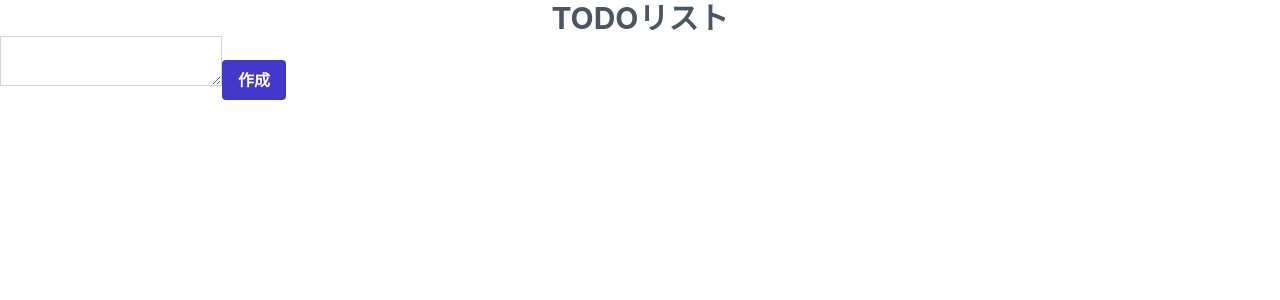
Repository: 1718wani/tsmemoapp
Page: /
These files come from the project's save history. The page is drawn as it stood at one moment and after the next save; the edit follows.
The browser window is 1280 px wide. The pictures show the whole page.
The project was rebuilt for these pictures with package versions that can differ from the ones it lists, and the page was loaded fresh each time. Also part of the build but not shown: webpack.config.js, src/App.css.

Above is the page before, as saved 2023-06-10 20:15:48.

After the next save:
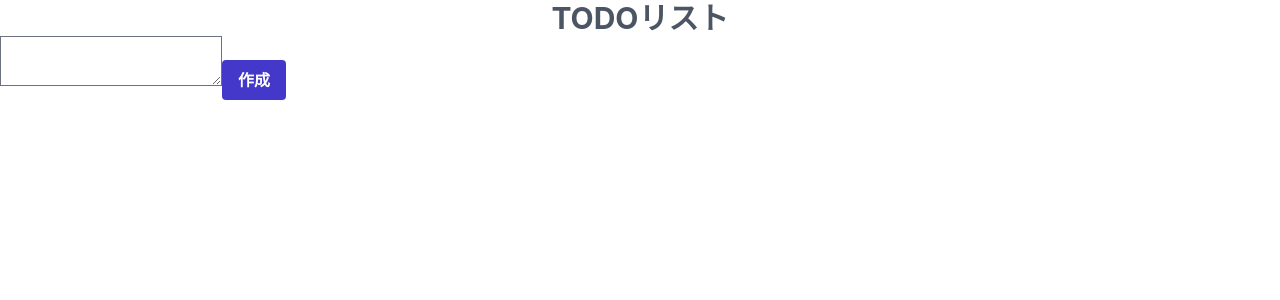
Saved 4 s later.
--- a/src/App.tsx
+++ b/src/App.tsx
@@ -63,7 +63,7 @@ function App() {
             value={inputValue}
             onPaste={handlePaste}
             onChange={(e) => handleChange(e)}
-            className="border border-gray-300"
+            className="border border-gray-500"
           />
           <input type="submit" value="作成" className="bg-indigo-700 font-semibold text-white py-2 px-4 rounded " />
         </form>
